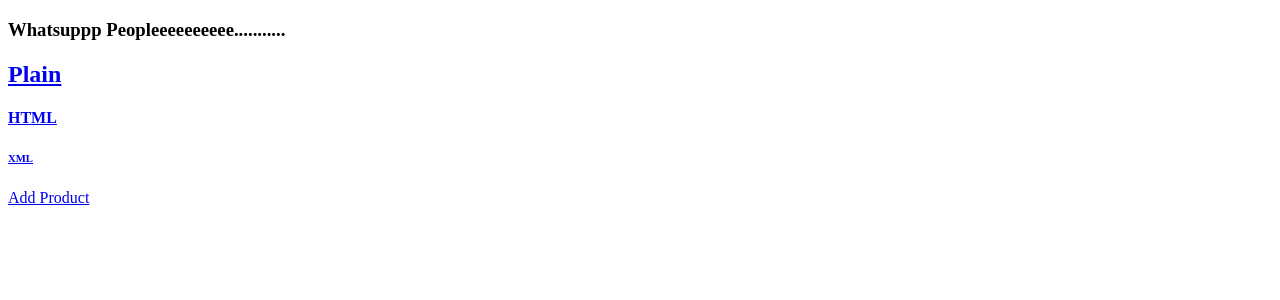
Repository: SakshiTiwari28/Java-Assignment
Page: RestFul/TrivagoHotel/WebContent/index.html
These files come from the project's save history. The page is drawn as it stood at one moment and after the next save; the edit follows.
The browser window is 1280 px wide. The pictures show the whole page.

Above is the page before, as saved 2019-07-25 20:12:51.

### RestFul/TrivagoHotel/WebContent/index.html
<!DOCTYPE html>
<html>
<head>
<meta charset="ISO-8859-1">
<title>Trivago Home</title>
<style type="text/css">
body{
background-color:white;
}
</style>
</head>
<body>
<h3>Whatsuppp Peopleeeeeeeeee...........</h3>
<h2><a href="http://localhost:8082/HelloWebService/zenrest/zenhello"> Plain</a></h2>
<h4><a href="http://localhost:8082/HelloWebService/zenrest/zenhello/welcome/">HTML</a></h4>
<h6><a href="http://localhost:8082/HelloWebService/zenrest/zenhello/welcomexml/">XML</a></h6>
<p> <a href="addProduct.html">Add Product</a>
</body>
</html>

After the next save:
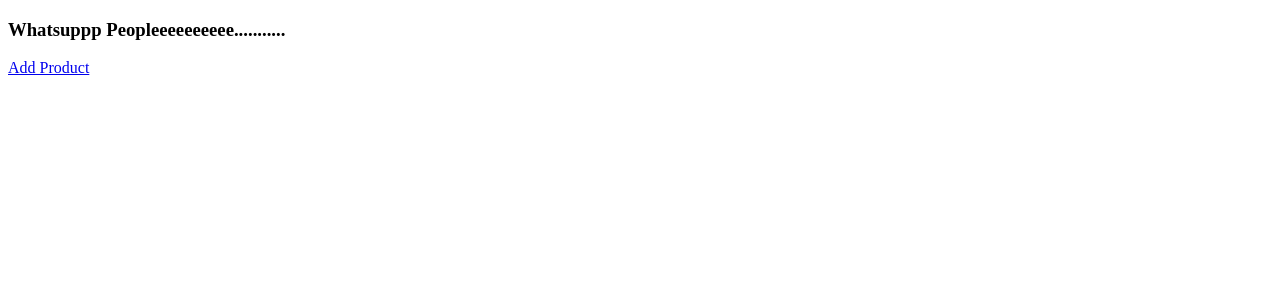
Saved 55 s later.
--- a/RestFul/TrivagoHotel/WebContent/index.html
+++ b/RestFul/TrivagoHotel/WebContent/index.html
@@ -11,9 +11,7 @@ background-color:white;
 </head>
 <body>
 <h3>Whatsuppp Peopleeeeeeeeee...........</h3>
-<h2><a href="http://localhost:8082/HelloWebService/zenrest/zenhello"> Plain</a></h2>
-<h4><a href="http://localhost:8082/HelloWebService/zenrest/zenhello/welcome/">HTML</a></h4>
-<h6><a href="http://localhost:8082/HelloWebService/zenrest/zenhello/welcomexml/">XML</a></h6>
+
 <p> <a href="addProduct.html">Add Product</a>
 </body>
 </html>
